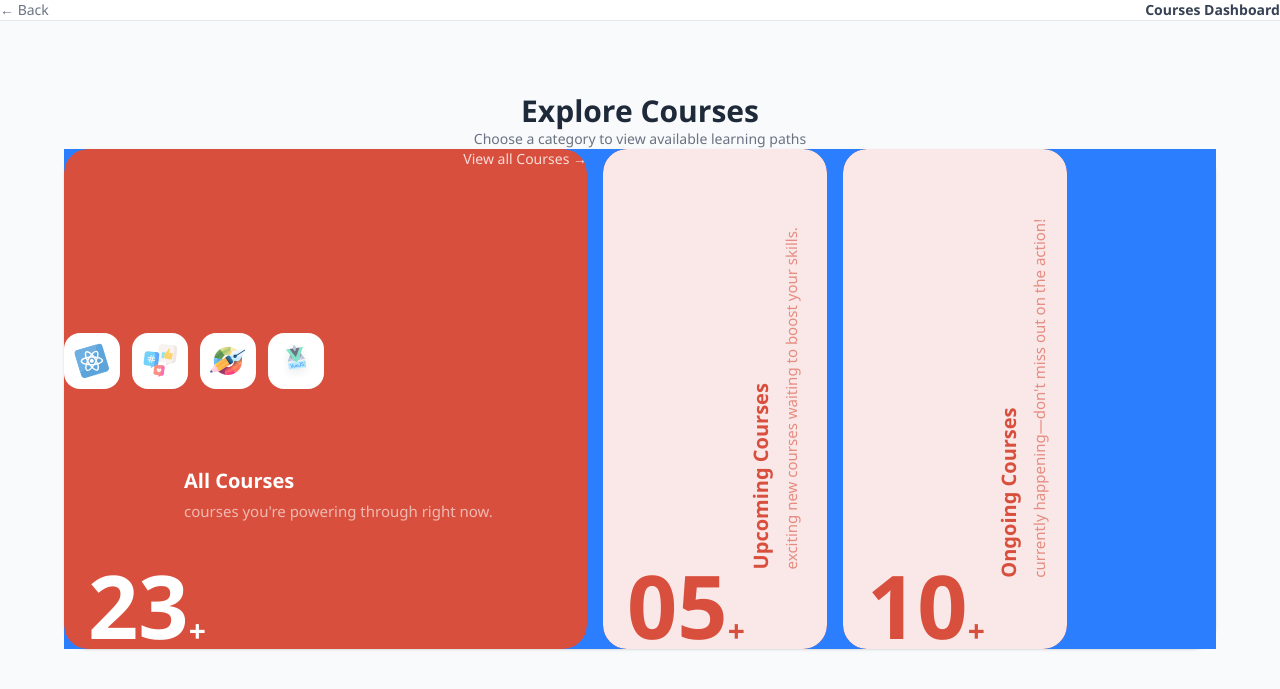
Repository: RahulRajKhadka/nextjs-dashboard-app
Page: /task2
An editor plug-in stored every save of this project. The page is shown before and after the next save, followed by the edit.
The browser window is 1280 px wide. The pictures show the whole page.
The project was rebuilt for these pictures with package versions that can differ from the ones it lists, and the page was loaded fresh each time. The framework's server and built-in components were replaced by stand-ins that run in the browser. Also part of the build but not shown: next.config.ts.

Above is the page before, as saved 2026-04-10 12:47:41.

### src/app/layout.tsx
import type { Metadata } from "next";
import "./globals.css";

export const metadata: Metadata = {
  title: "SkillShikshya Tasks",
  description: "Frontend & Logical Tasks",
};

export default function RootLayout({
  children,
}: {
  children: React.ReactNode;
}) {
  return (
    <html lang="en">
      <body>{children}</body>
    </html>
  );
}

### src/app/task2/page.tsx
"use client";
import dynamic from "next/dynamic";
import Link from "next/link";

const CourseCards = dynamic(() => import("@/components/task2/CourseCards"), {
  loading: () => (
    <div className="flex items-center justify-center h-[300px] text-gray-400 text-sm">
      Loading courses...
    </div>
  ),
  ssr: false,
});

export default function Task2Page() {
  return (
    <main className="min-h-screen bg-gray-50 flex flex-col">

      {/* Top Bar */}
      <div className="flex items-center justify-between px-6 md:px-10 py-4 border-b border-gray-200 bg-white">
        <Link
          href="/"
          className="text-sm text-gray-500 hover:text-gray-900 transition-colors"
        >
          ← Back
        </Link>

        <span className="text-sm font-semibold text-gray-700">
          Courses Dashboard
        </span>
      </div>

      {/* Centered Content */}
      <div className="flex-1 flex items-center justify-center px-4 py-10">

        <div className="w-full max-w-6xl">

          {/* Heading */}
          <div className="mb-8 text-center mt-10">
            <h1 className="text-3xl font-bold text-gray-800">
              Explore Courses
            </h1>
            <p className="text-gray-500 text-sm mt-2">
              Choose a category to view available learning paths
            </p>
          </div>

          {/* Cards */}
          <div className="bg-white rounded-3xl shadow-sm p-4 md:p-6">
            <CourseCards />
          </div>

        </div>

      </div>
    </main>
  );
}

### src/app/globals.css
@import "tailwindcss";

* {
  margin: 0;
  padding: 0;
  box-sizing: border-box;
}

html {
  scroll-behavior: smooth;
}

body {
  font-family: "Segoe UI", sans-serif;
  background-color: #f5f5f5;
}

.vertical-text {
  writing-mode: vertical-rl;
  transform: rotate(180deg);
}

### src/components/task2/CourseCards.tsx
"use client";

import { useState, useRef, useLayoutEffect } from "react";
import CourseCard from "./CourseCard";
import { courseCardsData } from "./courseCardsData";
import gsap from "gsap";

export default function CourseCards() {
  const [expandedId, setExpandedId] = useState<number>(1);
  const [directionMap, setDirectionMap] = useState<Map<number, "left" | "right">>(new Map());

  const cardRefs = useRef<(HTMLDivElement | null)[]>([]);
  const containerRef = useRef<HTMLDivElement>(null);
  const expandedWidth = useRef(0);
  const collapsedWidth = useRef(0);
  const isAnimating = useRef(false);

  useLayoutEffect(() => {
    const container = containerRef.current;
    if (!container) return;

    const totalWidth = container.clientWidth;
    const gap = 16;
    const totalGap = gap * (courseCardsData.length - 1);
    const unit = (totalWidth - totalGap) / courseCardsData.length;

    expandedWidth.current = unit * 1.4;
    collapsedWidth.current = unit * 0.6;

    const initialDirectionMap = new Map<number, "left" | "right">();
    courseCardsData.forEach((course, index) => {
      initialDirectionMap.set(course.id, index === 0 ? "right" : "left");
    });
    setDirectionMap(initialDirectionMap);

    cardRefs.current.forEach((el, i) => {
      if (el) {
        gsap.set(el, {
          width:
            courseCardsData[i].id === 1
              ? expandedWidth.current
              : collapsedWidth.current,
        });
      }
    });
  }, []);

  const getDirectionForCard = (clickedId: number, currentExpandedId: number): "left" | "right" => {
    const clickedIndex = courseCardsData.findIndex((c) => c.id === clickedId);
    const expandedIndex = courseCardsData.findIndex((c) => c.id === currentExpandedId);
    return clickedIndex < expandedIndex ? "left" : "right";
  };

  const isCardLeftmost = (cardId: number): boolean => {
    return courseCardsData.findIndex((c) => c.id === cardId) === 0;
  };

  const handleCardClick = (courseId: number) => {
    if (courseId === expandedId || isAnimating.current) return;

    const newDirection = getDirectionForCard(courseId, expandedId);
    const prevIndex = courseCardsData.findIndex((c) => c.id === expandedId);
    const newIndex = courseCardsData.findIndex((c) => c.id === courseId);

    isAnimating.current = true;

    const tl = gsap.timeline({
      onComplete: () => {
        isAnimating.current = false;
      },
    });

    setDirectionMap((prev) => {
      const newMap = new Map(prev);
      newMap.set(courseId, newDirection);
      return newMap;
    });

  tl.to({}, { duration: 0.08 })

.to(cardRefs.current[prevIndex], {
  width: collapsedWidth.current,
  duration: 0.45,
  ease: "power2.inOut",
})

.to(
  cardRefs.current[newIndex],
  {
    width: expandedWidth.current,
    duration: 0.5,
    ease: "power3.out",
  },
  "-=0.2" // 👈 starts before collapse fully ends
)

.call(() => {
  setExpandedId(courseId);
});
  };

  return (
    <div
      ref={containerRef}
      className="flex gap-4 w-full p-8 bg-blue-500 h-[500px]"
    >
      {courseCardsData.map((course, i) => (
        <div
          key={course.id}
          ref={(el) => (cardRefs.current[i] = el)}
          className="shrink-0 overflow-hidden rounded-3xl"
        >
          <CourseCard
            course={course}
            isExpanded={expandedId === course.id}
            direction={directionMap.get(course.id) || (i === 0 ? "right" : "left")}
            isLeftmost={isCardLeftmost(course.id)}
            onClick={() => handleCardClick(course.id)}
          />
        </div>
      ))}
    </div>
  );
}

### src/components/task2/CourseCard.tsx
"use client";

import Image from "next/image";
import { useRef, useLayoutEffect } from "react";
import { CourseCard as CourseCardType } from "@/types";
import gsap from "gsap";

interface Props {
  course: CourseCardType;
  isExpanded: boolean;
  onClick: () => void;
  direction: "left" | "right";
  isLeftmost?: boolean;
}

export default function CourseCard({
  course,
  isExpanded,
  onClick,
  direction,
  isLeftmost = false,
}: Props) {
  const numberRef = useRef<HTMLDivElement>(null);
  const collapsedLabelRef = useRef<HTMLDivElement>(null);
  const iconsRef = useRef<(HTMLSpanElement | null)[]>([]);
  const topbarRef = useRef<HTMLDivElement>(null);
  const expandedViewRef = useRef<HTMLDivElement>(null);
  const circleRef = useRef<HTMLDivElement>(null);

  useLayoutEffect(() => {
    if (!numberRef.current || !collapsedLabelRef.current) return;

    if (isExpanded) {
      // Show expanded view first so we can measure
      gsap.set(expandedViewRef.current, { display: "grid" });

      // Measure delta: label center → beside number (bottom-left)
      const labelRect = collapsedLabelRef.current.getBoundingClientRect();
      const numberRect = numberRef.current.getBoundingClientRect();

      // We want label to land to the RIGHT of the number
      const targetX = numberRect.right + 40 - (labelRect.left + labelRect.width / 2);
      const targetY = numberRect.bottom - labelRect.height / 2 - labelRect.top - labelRect.height / 2;

      // Circle wipe
      gsap.to(circleRef.current, {
        clipPath: "circle(0% at 0% 100%)",
        duration: 1.5,
        ease: "power3.inOut",
      });

      // Topbar
      const topbarFromX = direction === "left" ? 80 : -80;
      gsap.fromTo(
        topbarRef.current,
        { opacity: 0, y: -10, x: topbarFromX },
        { opacity: 1, y: 0, x: 0, duration: 0.5, delay: 0.25 }
      );

      // Icons
      const iconsFromX = direction === "left" ? 150 : -150;
      gsap.set(iconsRef.current, { x: iconsFromX, opacity: 0 });
      iconsRef.current.forEach((icon, i) => {
        gsap.to(icon, {
          x: 0,
          opacity: 1,
          duration: 0.5,
          delay: 0.25 + i * 0.1,
        });
      });

      // Number color
      gsap.to(numberRef.current, {
        color: "#ffffff",
        duration: 0.5,
        delay: 0.2,
      });

      // Label: rotate -90 → 0 while traveling right to beside the number
      gsap.fromTo(
        collapsedLabelRef.current,
        {
          rotation: -90,
          x: 0,
          y: 0,
          color: course.textColor,
        },
        {
          rotation: 0,
          x: 120 ,
          y: targetY,
          color: "#ffffff",
          duration: 2,
          delay: 0,
          ease: "power2.inOut",
        }
      );
    } else {
      // Circle back
      gsap.to(circleRef.current, {
        clipPath: "circle(130% at 0% 80%)",
        duration: 0.7,
      });

      gsap.set(expandedViewRef.current, { display: "none", delay: 0.3 });

      // Number color back
      gsap.to(numberRef.current, {
        color: course.textColor,
        duration: 0.4,
      });

      // Label travels back and rotates back to -90
      gsap.to(collapsedLabelRef.current, {
        rotation: -90,
        x: 0,
        y: 0,
        color: course.textColor,
        duration: 2,
        ease: "power2.inOut",
      });
    }
  }, [isExpanded, direction]);

  return (
    <div
      onClick={onClick}
      className="relative rounded-3xl overflow-hidden cursor-pointer h-full w-full"
      style={{ backgroundColor: course.bgExpanded }}
    >
      {/* Background circle */}
      <div
        ref={circleRef}
        className="absolute inset-0 z-[1]"
        style={{
          backgroundColor: course.bg,
          clipPath: "circle(150% at 0% 100%)",
        }}
      />

      {/* NUMBER — always bottom-left */}
      <div className="absolute bottom-0 left-6 z-[3] flex items-end p-4 pointer-events-none">
        <div ref={numberRef} className="flex items-end" style={{ color: course.textColor }}>
          <span
            className="font-black leading-none"
            style={{
              fontSize: "clamp(3.5rem,7vw,5.5rem)",
              color: "inherit",
            }}
          >
            {String(course.count).padStart(2, "0")}
          </span>
          <span className="font-black text-3xl mb-2 ml-1" style={{ color: "inherit" }}>
            +
          </span>
        </div>
      </div>

      {/* SINGLE LABEL — always center, rotates and travels on expand */}
      <div className="absolute inset-0 z-[4] flex items-center  pointer-events-none">
        <div
          ref={collapsedLabelRef}
          className="flex flex-col gap-1"
          style={{
            transform: "rotate(-90deg)",
            color: course.textColor,
          }}
        >
          <span className="font-bold text-[20px] whitespace-nowrap" style={{ color: "inherit" }}>
            {course.label}
          </span>
          <p className="text-[15px] opacity-60 whitespace-nowrap" style={{ color: "inherit" }}>
            {course.sublabel}
          </p>
        </div>
      </div>

      {/* EXPANDED VIEW — topbar + icons only */}
      <div
        ref={expandedViewRef}
        className="absolute inset-0 z-[2] p-5"
        style={{
          display: isExpanded ? "grid" : "none",
          gridTemplateRows: "auto 1fr auto",
        }}
      >
        {/* Row 1: topbar */}
        <div ref={topbarRef} className="flex justify-end mt-40">
          <span className="text-white/80 text-sm">View all Courses →</span>
        </div>

        {/* Row 2: icons */}
        <div className="flex gap-3 items-center">
          {course.icons?.map((iconPath, i) => (
            <span
              key={i}
              ref={(el) => (iconsRef.current[i] = el)}
              className="w-14 h-14 rounded-2xl bg-white flex items-center justify-center"
            >
              <Image src={iconPath} alt="" width={36} height={36} />
            </span>
          ))}
        </div>

        {/* Row 3: empty — number and label are absolute, they land here */}
        <div className="h-24" />
      </div>
    </div>
  );
}

### src/components/task2/courseCardsData.ts
import { CourseCard } from "@/types";

export const courseCardsData: CourseCard[] = [
  {
    id: 1,
    count: "23",
    label: "All Courses",
    sublabel: "courses you're powering through right now.",
    bg: "#F9E8E7",        // ← was "#D94F3D", should be light pink
    textColor: "#D94F3D",  // ← was "white", red for collapsed state
    bgExpanded: "#D94F3D",
    icons: ["/images/react.svg", "/images/likes.svg", "/images/design.svg", "/images/view.svg"],
  },
  {
    id: 2,
    count: "05",
    label: "Upcoming Courses",
    sublabel: "exciting new courses waiting to boost your skills.",
    bg: "#F9E8E7",
    textColor: "#D94F3D",
    bgExpanded: "#D94F3D",
    icons: ["/images/react.svg", "/images/likes.svg", "/images/design.svg", "/images/view.svg"],
  },
  {
    id: 3,
    count: "10",
    label: "Ongoing Courses",
    sublabel: "currently happening—don't miss out on the action!",
    bg: "#F9E8E7",
    textColor: "#D94F3D",
    bgExpanded: "#D94F3D",
    icons: ["/images/react.svg", "/images/likes.svg", "/images/design.svg", "/images/view.svg"],
  },
];

After the next save:
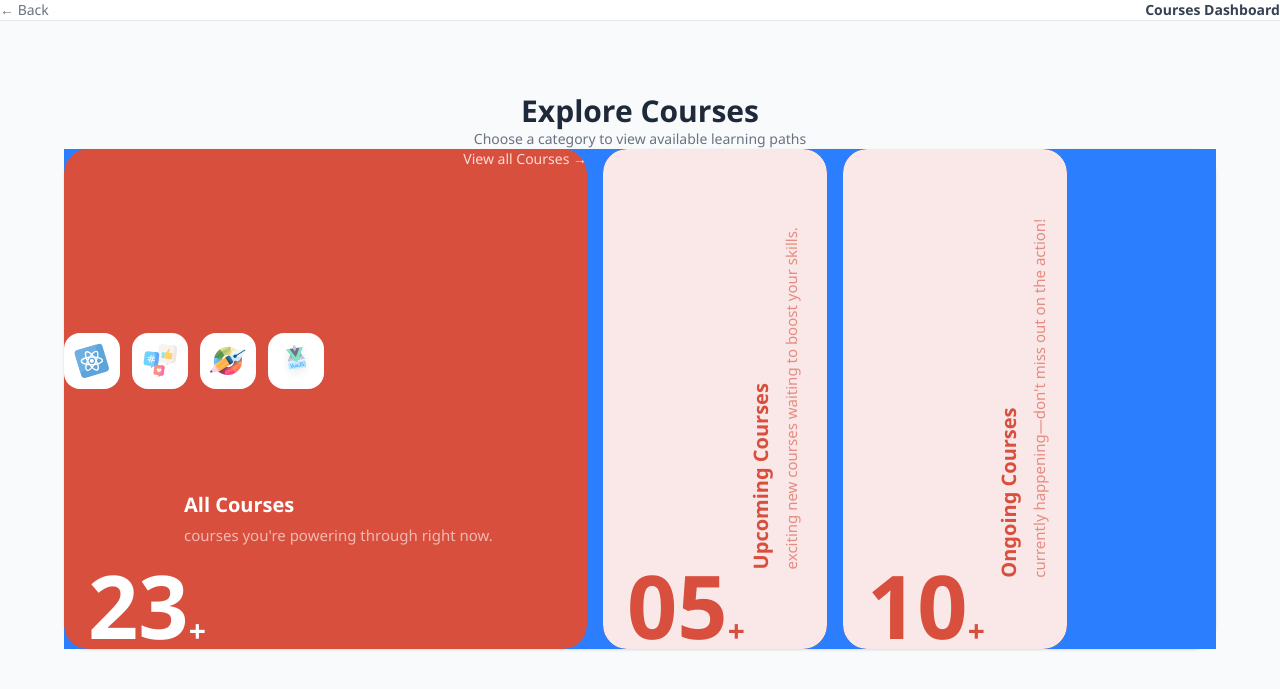
Saved 20 s later.
--- a/src/components/task2/CourseCard.tsx
+++ b/src/components/task2/CourseCard.tsx
@@ -88,7 +88,7 @@ export default function CourseCard({
         {
           rotation: 0,
           x: 120 ,
-          y: targetY,
+          y: 120,
           color: "#ffffff",
           duration: 2,
           delay: 0,
